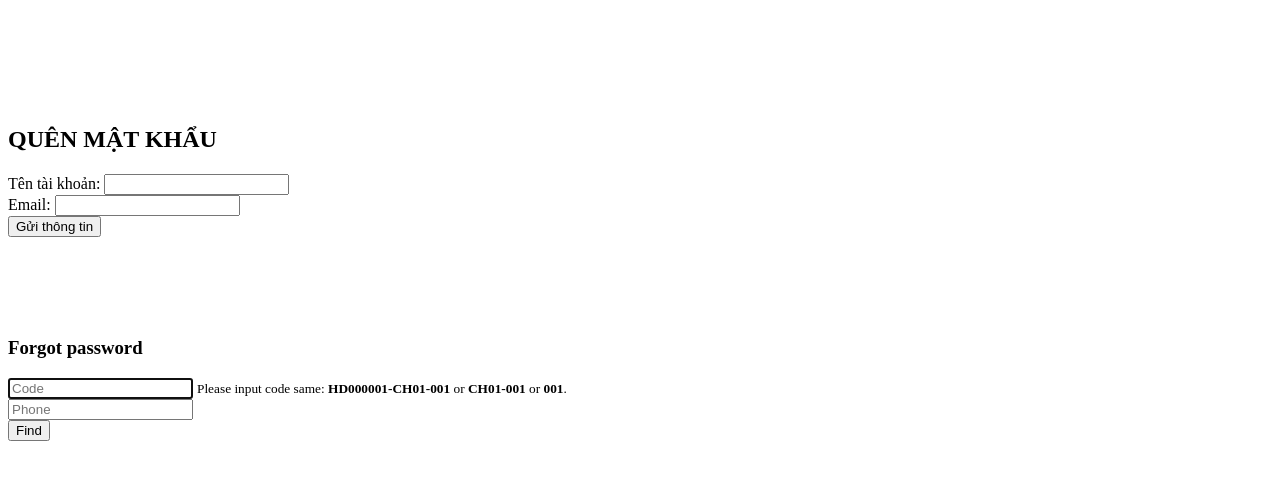
Repository: nguyengiabao245/NHOM3_C2
Page: http://localhost/DoAnJava/WEB-INF/views/account/forgot.jsp
An editor plug-in stored every save of this project. The page is shown before and after the next save, followed by the edit.
The browser window is 1280 px wide. The pictures show the whole page.
The page is served by Tomcat 9. Nobody is signed in. The template is opened directly, without the code that normally fills it, so the values that code supplies are empty.

Above is the page before, as saved 2022-05-15 11:28:13.

After the next save:
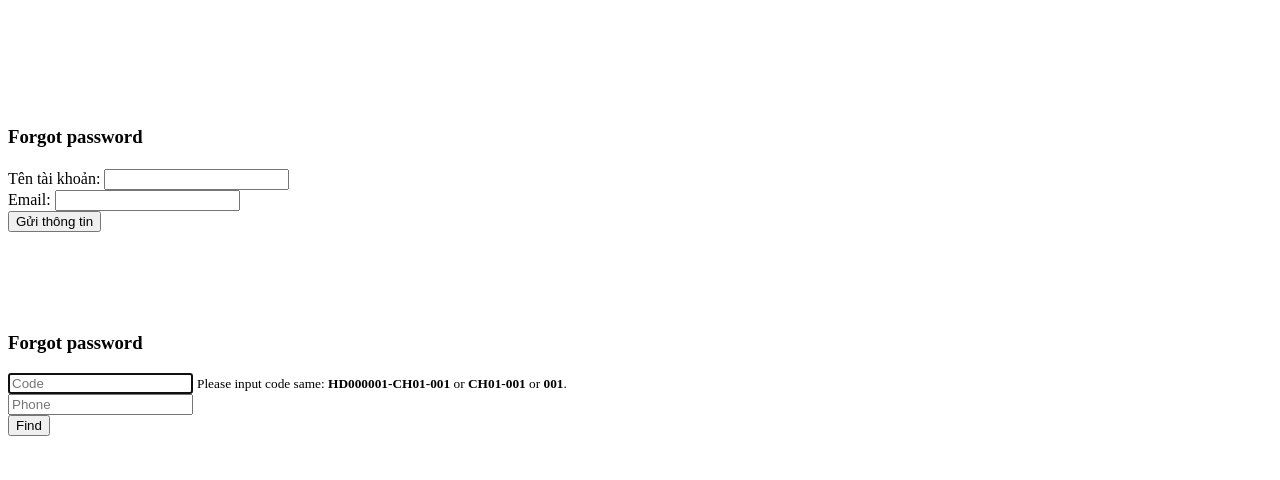
Saved 9 s later.
--- a/DoAnJava/src/main/webapp/WEB-INF/views/account/forgot.jsp
+++ b/DoAnJava/src/main/webapp/WEB-INF/views/account/forgot.jsp
@@ -4,7 +4,7 @@
 <div id="container" style="margin-top:100px;background-color:#FFFFFF !important">
 <div class="container">
 	<div class=dang-nhap>
-		<h2>QUÊN MẬT KHẨU</h2>
+		<h3 class="text-center text-uper font-700 fs-30 mgB-45">Forgot password</h3>
 		<h4 class="label label-success">${message}</h4>
 		<form action="/account/forgot" method="post">
 			<div class="form-group">
